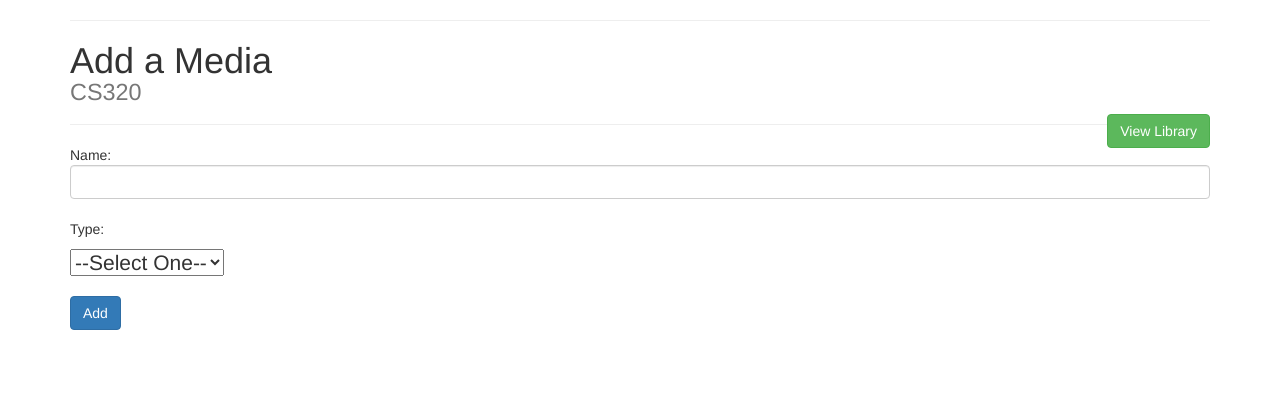
Repository: JamesPatel37/Java-Development-II-III
Page: http://localhost/CS320/AddMedia.jsp
An editor plug-in stored every save of this project. The page is shown before and after the next save, followed by the edit.
The browser window is 1280 px wide. The pictures show the whole page.
The page is served by Tomcat 9.

Above is the page before, as saved 2015-06-11 20:24:51.

After the next save:
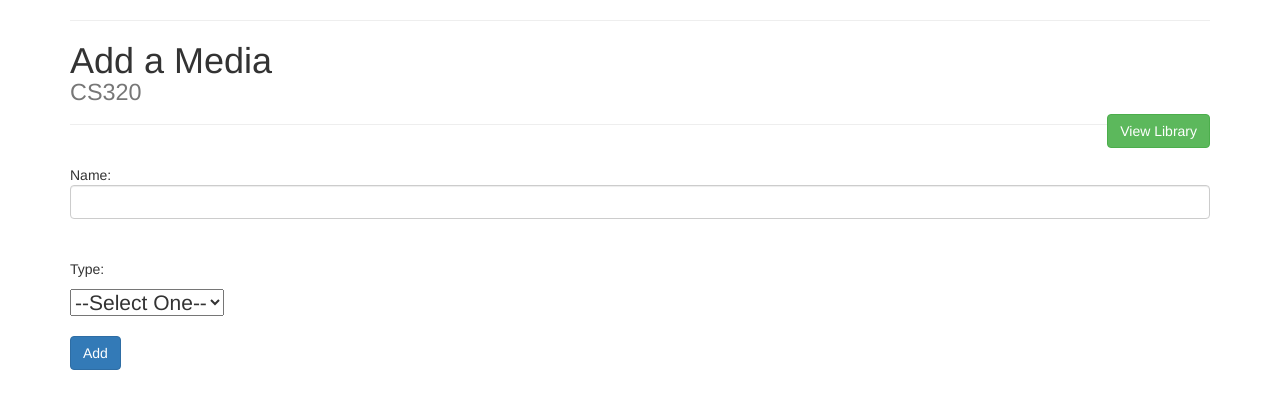
Saved 2 min 29 s later.
--- a/Workspace/CS320/WebContent/AddMedia.jsp
+++ b/Workspace/CS320/WebContent/AddMedia.jsp
@@ -22,10 +22,10 @@
 		<a href='Library' class='btn btn-success'>View Library</a></p>
 <hr/>
 
-<c:if test="${not empty nameError}"> ${nameError}</c:if>
+<c:if test="${not empty nameError}"> ${nameError}</c:if><br>
 Name: <p class='lead'><input name='name' type='text' class='form-control'><p>
 
-<c:if test="${not empty typeError}"> ${typeError}</c:if>
+<c:if test="${not empty typeError}"> ${typeError}</c:if><br>
 Type: <p class="lead">
 <select name="select" id="select">
 		<option selected value="1">--Select One--</option>
